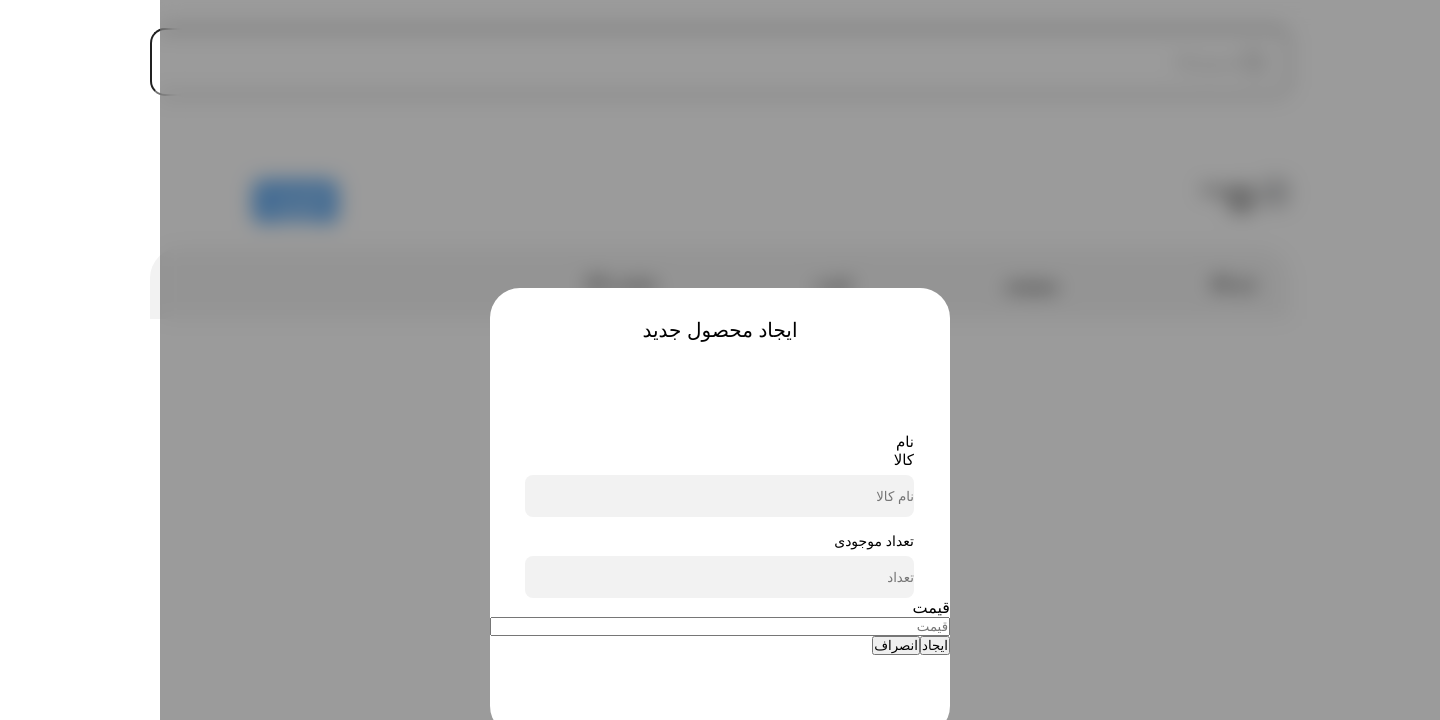
Repository: sobhan-rahimii/project-panel-admin-Next.Js
Page: /dashboard, after clicking the first element matching `button.Dashboard_7644c_addproduct`
An editor plug-in stored every save of this project. The page is shown before and after a run of saves, followed by the edit.
The browser window is 1280 px wide. The page is 1440 px wide, so the pictures cover 1440 px, including what lies to the right of the window. The pictures show the whole page.
The page's requests for data from a server got no answer. The project was rebuilt for these pictures with package versions that can differ from the ones it lists, and the page was loaded fresh each time. The framework's server and built-in components were replaced by stand-ins that run in the browser. No one was signed in, and anything a server would have sent is missing. Also part of the build but not shown: next.config.mjs.

Above is the page before, as saved 2025-09-01 15:47:22.

After the next 2 saves:
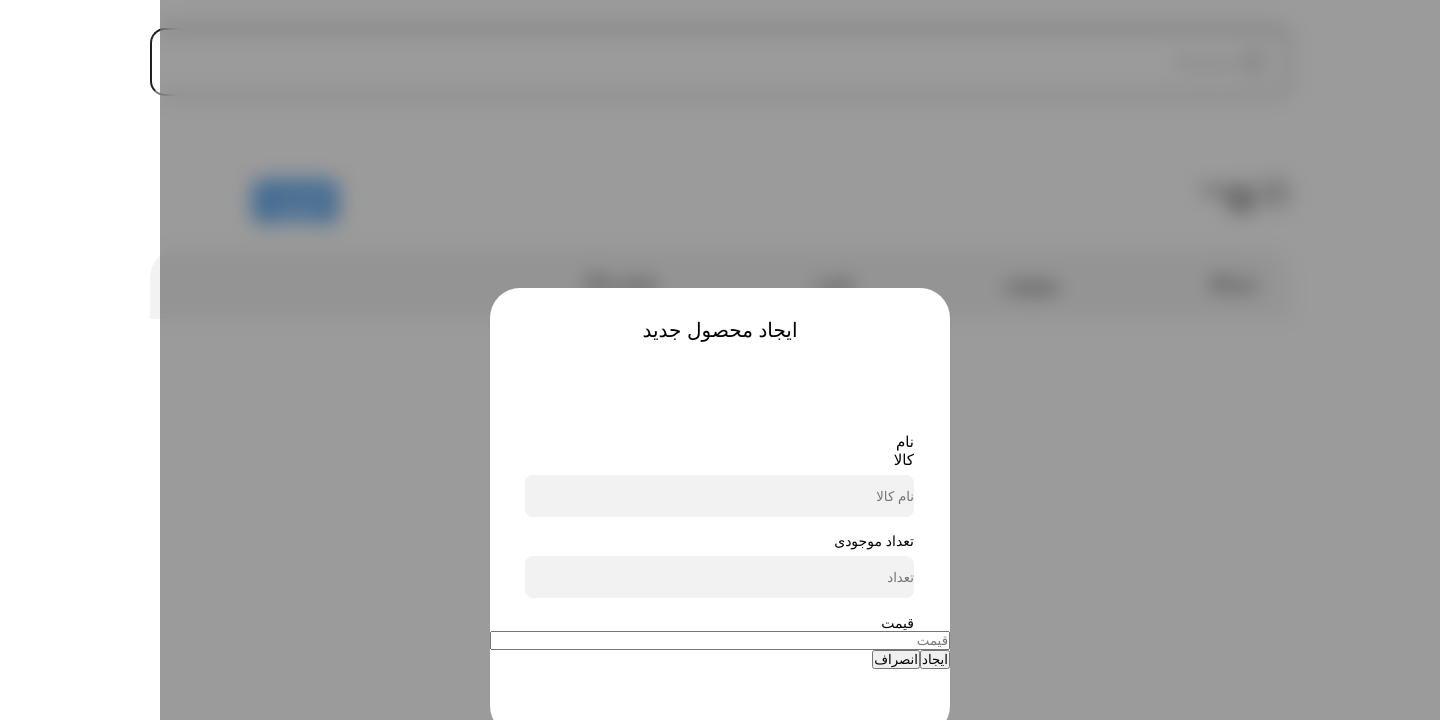
The 2 saves are shown as one change because they came seconds apart.
The last was saved 31 s later.
--- a/styles/AddProductModal.module.css
+++ b/styles/AddProductModal.module.css
@@ -71,7 +71,7 @@
     margin-top: 7px;
     background-color: rgba(242, 242, 242, 1);
 }
-.label3{
+.lable3{
     width: 33px;
     margin-right: 36px;
     margin-left: 391px;
